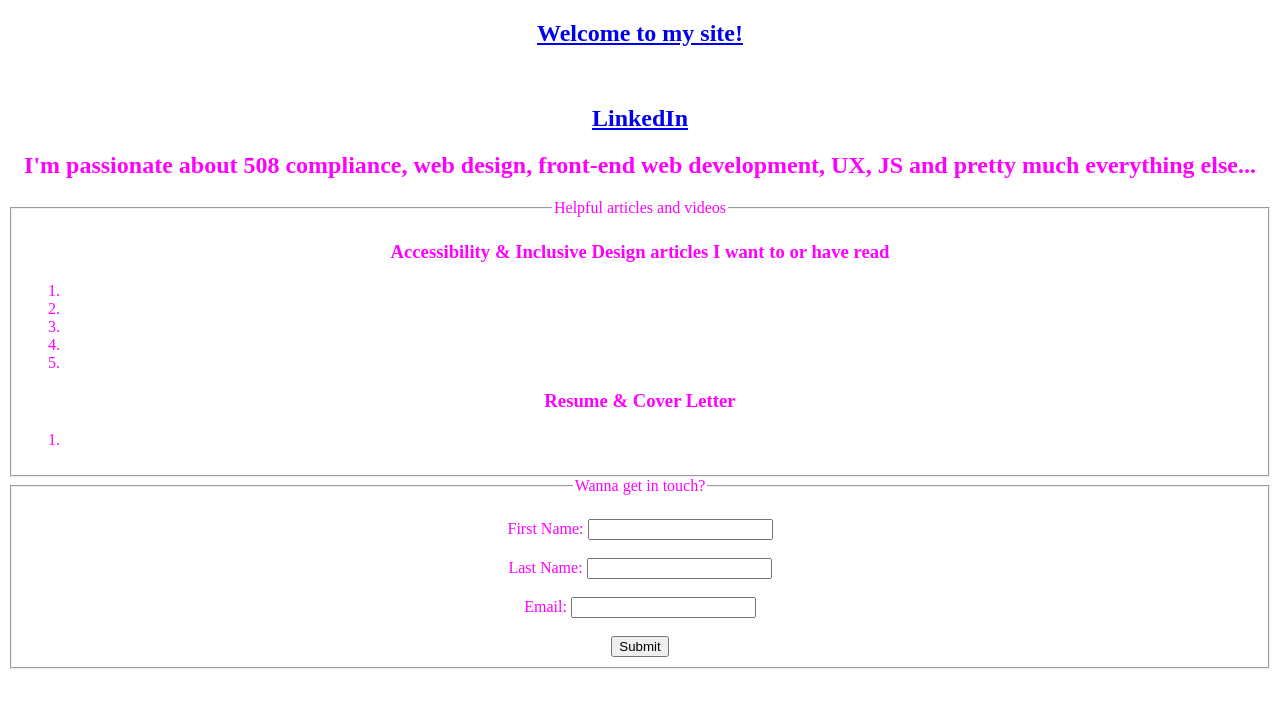
Repository: jasvr/jasvr.io
Page: index.html
The author's editor kept a copy of each file at every save. The page is drawn from the files as they stood at one save, then again after a run of saves.
The browser window is 1280 px wide. The pictures show the whole page.

Above is the page before, as saved 2020-01-20 13:29:22.

After the next 2 saves:
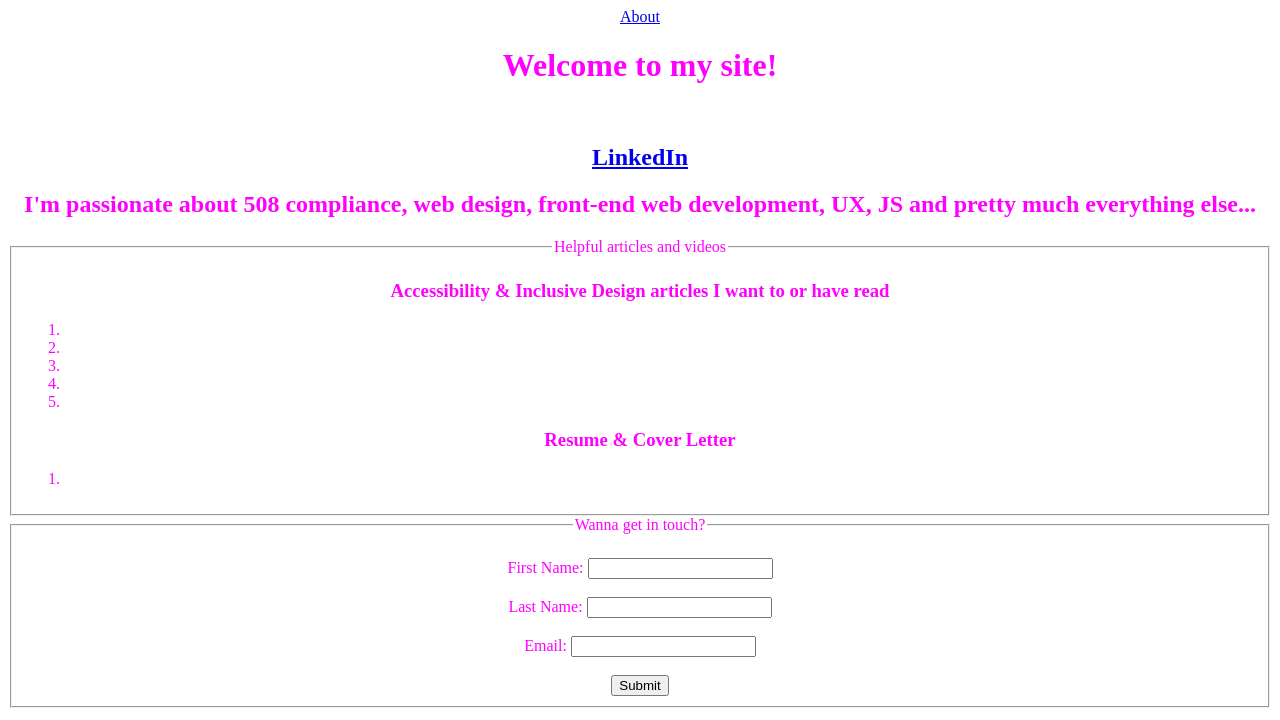
The 2 saves are shown as one change because they came seconds apart.
The last was saved 7 s later.
--- a/index.html
+++ b/index.html
@@ -9,7 +9,7 @@
 </head>
 <body>
     <nav>
-        <a href="/about/"
+        <a href="/about/">About</a>
     </nav>
     <h1>Welcome to my site!</h1>
     <br>
